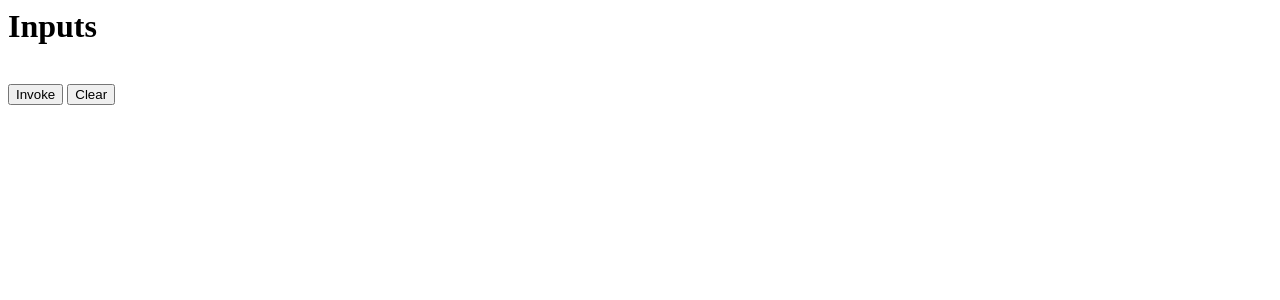
Repository: Neimarmg/WebServices
Page: http://localhost/wsmatematicaClient/sampleCalculadoraProxy/Input.jsp?method=2
An editor plug-in stored every save of this project. The page is shown before and after the next save, followed by the edit.
The browser window is 1280 px wide. The pictures show the whole page.
The page is served by Tomcat 9.

Above is the page before, as saved 2016-11-25 11:07:05.

After the next save:
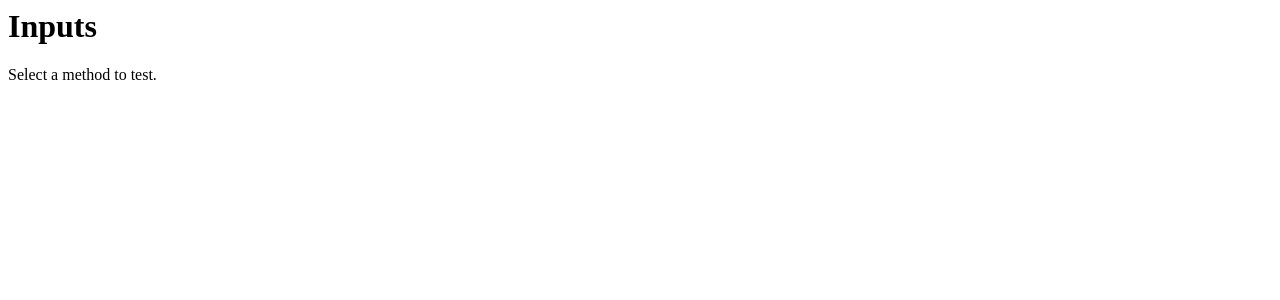
Saved 75 s later.
--- a/sv/wsmatematicaClient/WebContent/sampleCalculadoraProxy/Input.jsp
+++ b/sv/wsmatematicaClient/WebContent/sampleCalculadoraProxy/Input.jsp
@@ -7,7 +7,7 @@
 <H1>Inputs</H1>
 
 <%
-String method = request.getParameter("method");
+String method = request.getParameter("Cacu");
 int methodID = 0;
 if (method == null) methodID = -1;
 
@@ -34,7 +34,7 @@
 <TABLE>
 <TR>
 <TD COLSPAN="1" ALIGN="LEFT">endpoint:</TD>
-<TD ALIGN="left"><INPUT TYPE="TEXT" NAME="endpoint8" SIZE=20>1111</TD>
+<TD ALIGN="left"><INPUT TYPE="TEXT" NAME="endpoint8" SIZE=20></TD>
 </TR>
 </TABLE>
 <BR>

After the save that followed:
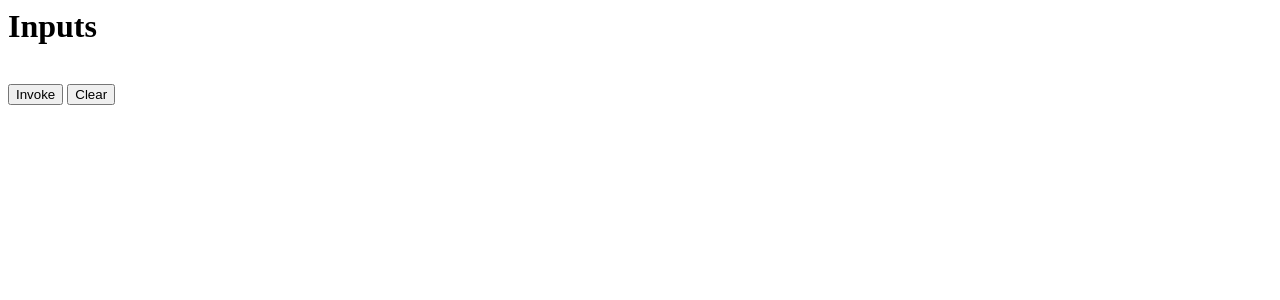
Saved 48 s later.
--- a/sv/wsmatematicaClient/WebContent/sampleCalculadoraProxy/Input.jsp
+++ b/sv/wsmatematicaClient/WebContent/sampleCalculadoraProxy/Input.jsp
@@ -7,7 +7,7 @@
 <H1>Inputs</H1>
 
 <%
-String method = request.getParameter("Cacu");
+String method = request.getParameter("method");
 int methodID = 0;
 if (method == null) methodID = -1;
 
@@ -106,7 +106,7 @@
 <FORM METHOD="POST" ACTION="Result.jsp" TARGET="result">
 <INPUT TYPE="HIDDEN" NAME="method" VALUE="<%=org.eclipse.jst.ws.util.JspUtils.markup(method)%>">
 <BR>
-<INPUT TYPE="SUBMIT" VALUE="Invoke">
+<INPUT TYPE="SUBMIT" VALUE="chamar">
 <INPUT TYPE="RESET" VALUE="Clear">
 </FORM>
 <%
